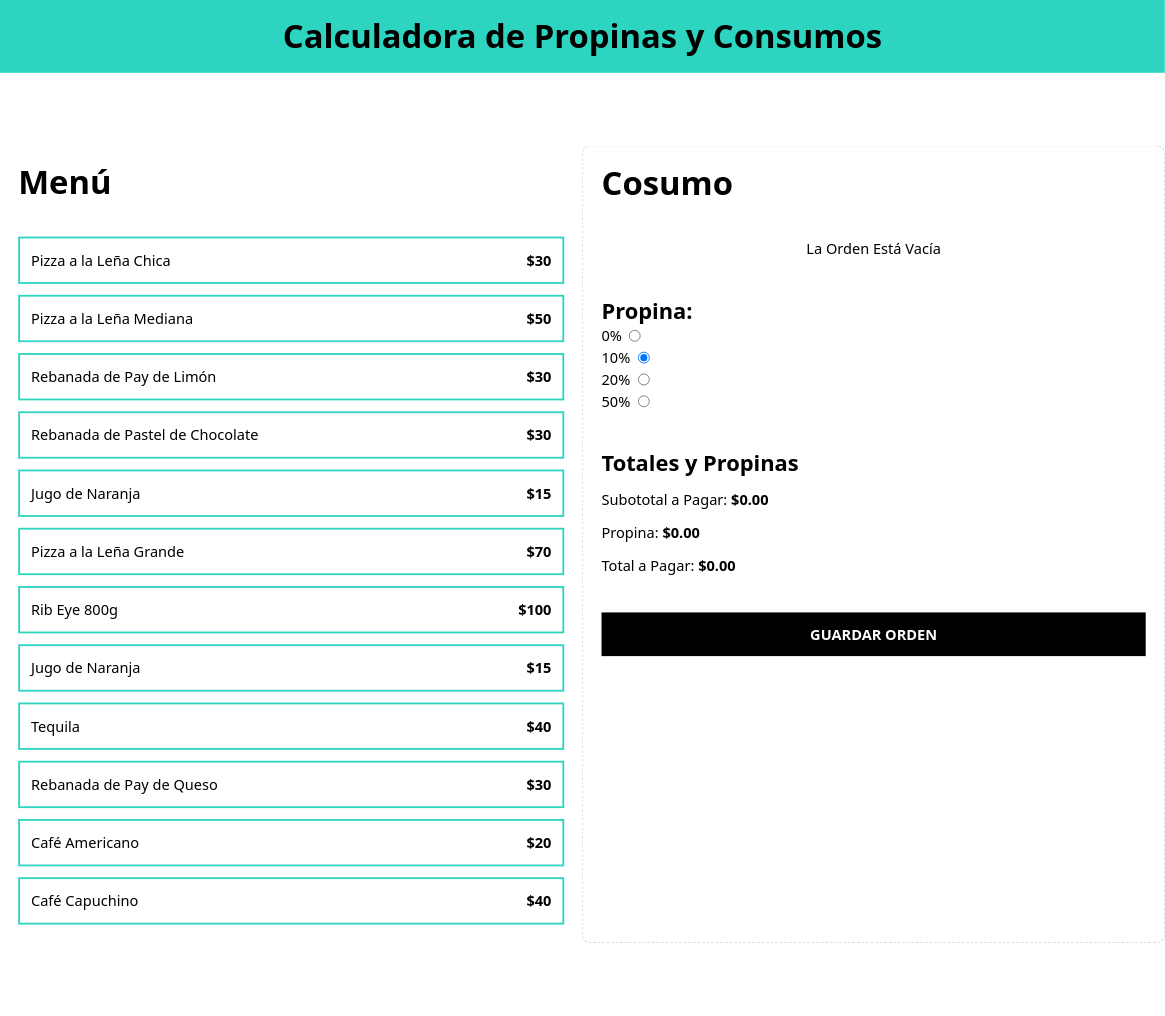
Repository: Matiiu/tip-calculator
Page: /
The author's editor kept a copy of each file at every save. The page is drawn from the files as they stood at one save, then again after the next save.
The browser window is 1280 px wide. The pictures show the whole page, at 91% of full size.
The project was rebuilt for these pictures with package versions that can differ from the ones it lists, and the page was loaded fresh each time. Also part of the build but not shown: vite.config.ts. Imported but missing from the stored project, and not drawn on this page: .history/src/helpers/index_20240329155241.

Above is the page before, as saved 2024-03-30 14:43:50.

### src/App.tsx
import Header from "./components/Header";
import { menuItems } from "./api/db";
import MenuItem from "./components/MenuItem";
import useOrder from "./hooks/useOrder";
import OrderContents from "./components/OrderContents";
import OrderTotal from "./components/OrderTotal";
import TipPorcentageForm from "./components/TipPorcentageForm";

export default function App() {
  const {
    order,
    tip,
    setTip,
    addItem,
    removeItem,
    subtotal,
    tipAmount,
    total,
  } = useOrder();

  return (
    <>
      <Header />

      <main className="max-w-7xl mx-auto py-20 grid md:grid-cols-2">
        <div className="p-5">
          <h2 className="text-4xl font-black">Menú</h2>

          <section className="space-y-3 mt-10">
            {menuItems.map((item) => (
              <MenuItem key={item.id} item={item} addItem={addItem} />
            ))}
          </section>
        </div>

        <div className=" border border-dashed border-slate-300 p-5 rounded-lg space-y-10">
          <OrderContents order={order} removeItem={removeItem} />
          <TipPorcentageForm tip={tip} setTip={setTip} />
          <OrderTotal subtotal={subtotal} tipAmount={tipAmount} total={total} />
        </div>
      </main>
    </>
  );
}

### src/components/Header.tsx
export default function Header() {
  return (
    <header className="bg-teal-400 py-5">
        <h1 className="text-center text-4xl font-black">Calculadora de Propinas y Consumos</h1>
    </header>
  )
}

### src/api/db.ts
import type { MenuItem } from '../types';

export const menuItems: MenuItem[] = [
  {
    id: 1,
    name: "Pizza a la Leña Chica",
    price: 30,
  },
  {
    id: 2,
    name: "Pizza a la Leña Mediana",
    price: 50,
  },
  {
    id: 3,
    name: "Rebanada de Pay de Limón",
    price: 30,
  },
  {
    id: 4,
    name: "Rebanada de Pastel de Chocolate",
    price: 30,
  },
  {
    id: 5,
    name: "Jugo de Naranja",
    price: 15,
  },
  {
    id: 6,
    name: "Pizza a la Leña Grande",
    price: 70,
  },
  {
    id: 7,
    name: "Rib Eye 800g",
    price: 100,
  },
  {
    id: 8,
    name: "Jugo de Naranja",
    price: 15,
  },
  {
    id: 9,
    name: "Tequila",
    price: 40,
  },
  {
    id: 10,
    name: "Rebanada de Pay de Queso",
    price: 30,
  },
  {
    id: 11,
    name: "Café Americano",
    price: 20,
  },
  {
    id: 12,
    name: "Café Capuchino",
    price: 40,
  },
];

### src/components/MenuItem.tsx
import type { MenuItem } from "../types";

type MenuItemProps = {
  item: MenuItem;
  addItem: (item: MenuItem) => void;
};

export default function MenuItem({ item, addItem }: MenuItemProps) {
  return (
    <button
        className="border-2 border-teal-400 hover:bg-teal-200 w-full p-3 flex justify-between"
        onClick={() => addItem(item)}
    >
      <p>{item.name}</p>
      <p className="font-black">${item.price}</p>
    </button>
  );
}

### src/hooks/useOrder.ts
import { useMemo, useState } from "react";
import type { MenuItem, OrderItem } from "../types";

export default function useOrder() {
  const [order, setOrder] = useState<OrderItem[]>([]);
  const [tip, setTip] = useState(0.1);

  function addItem(item: MenuItem) {
    // Buscar la posición del objeto (si es que existe)
    const idFound = order.findIndex(({ id }) => id === item.id);
    if (idFound >= 0) {
      const updateOrder = [...order];
      updateOrder[idFound].quantity++;
      setOrder(updateOrder);
      return;
    }
    setOrder([...order, { ...item, quantity: 1 }]);
  }

  function removeItem(id: MenuItem["id"]) {
    setOrder(order.filter((item) => item.id !== id));
  }

  const subtotal = useMemo(
    () =>
      order.reduce(
        (total, current) => total + current.price * current.quantity,
        0
      ),
    [order]
  );
  const tipAmount = useMemo(() => subtotal * tip, [subtotal, tip]);
  const total = useMemo(() => subtotal + tipAmount, [subtotal, tipAmount]);

  return {
    order,
    tip,
    setTip,
    addItem,
    removeItem,
    subtotal,
    tipAmount,
    total,
  };
}

### src/components/OrderContents.tsx
import { MenuItem, OrderItem } from "../types";
import { formatCurrency } from "../../.history/src/helpers/index_20240329155241";

type OrderContentsProps = {
  order: OrderItem[];
  removeItem: (id: MenuItem["id"]) => void;
};

export default function OrderContents({
  order,
  removeItem,
}: OrderContentsProps) {
  return (
    <div>
      <h2 className="font-black text-4xl">Cosumo</h2>

      <section className="space-y-3 mt-10">
        {!order.length ? (
          <p className="text-center">La Orden Está Vacía</p>
        ) : (
          order.map((item) => (
            <div
              className="flex justify-between items-center border-t border-gray-200 py-5 last-of-type:border-b"
              key={item.id}
            >
              <div>
                <p className="text-lg">
                  {item.name} - {item.price}
                </p>
                <p className="font-black">
                  Cantidad: {item.quantity} -{" "}
                  {formatCurrency(item.price * item.quantity)}
                </p>
              </div>

              <button
                className="bg-red-600 h-8 w-8 rounded-full text-white font-black"
                onClick={() => removeItem(item.id)}
              >
                X
              </button>
            </div>
          ))
        )}
      </section>
    </div>
  );
}

### src/components/OrderTotal.tsx
import { formatCurrency } from "../helpers";

type OrderTotalProps = {
  subtotal: number;
  tipAmount: number;
  total: number;
};

export default function OrderTotal({
  subtotal,
  tipAmount,
  total,
}: OrderTotalProps) {
  return (
    <>
      <div className="space-y-3">
        <h2 className="font-black text-2xl">Totales y Propinas</h2>
        <p>
          Subototal a Pagar: <b>{formatCurrency(subtotal)}</b>
        </p>

        <p>
          Propina: <b>{formatCurrency(tipAmount)}</b>
        </p>

        <p>
          Total a Pagar: <b>{formatCurrency(total)}</b>
        </p>
      </div>

      <button
        className="w-full bg-black p-3 uppercase text-white font-bold  mt-10 disabled:opacituy-10"
        disabled={total === 0}
      >Guardar Orden</button>
    </>
  );
}

### src/components/TipPorcentageForm.tsx
const tipOptions = [
  {
    id: "tip-0",
    value: 0,
    label: "0%",
  },
  {
    id: "tip-10",
    value: 0.1,
    label: "10%",
  },
  {
    id: "tip-20",
    value: 0.2,
    label: "20%",
  },
  {
    id: "tip-50",
    value: 0.5,
    label: "50%",
  },
];

type TipPorcentageFormProps = {
  tip: number;
  setTip: React.Dispatch<React.SetStateAction<number>>;
};

export default function TipPorcentageForm({
  tip,
  setTip,
}: TipPorcentageFormProps) {
  return (
    <div>
      <h3 className="font-black text-2xl">Propina:</h3>

      <form>
        {tipOptions.map((option) => (
          <div key={option.id} className="flex gap-2">
            <label htmlFor={option.id}>{option.label}</label>
            <input
              onChange={() => setTip(option.value)}
              id={option.id}
              type="radio"
              name="tip"
              value={option.value}
              checked={option.value === tip}
            />
          </div>
        ))}
      </form>
    </div>
  );
}

### src/helpers/index.ts
export function formatCurrency(quantity: number) {
    return new Intl.NumberFormat('en-US', {
        style: 'currency', currency: 'USD'
    }).format(quantity);
}

Loaded but not shown: index.html (common file); src/main.tsx (common file); src/index.css (common file); tailwind.config.js (common file)

After the next save:
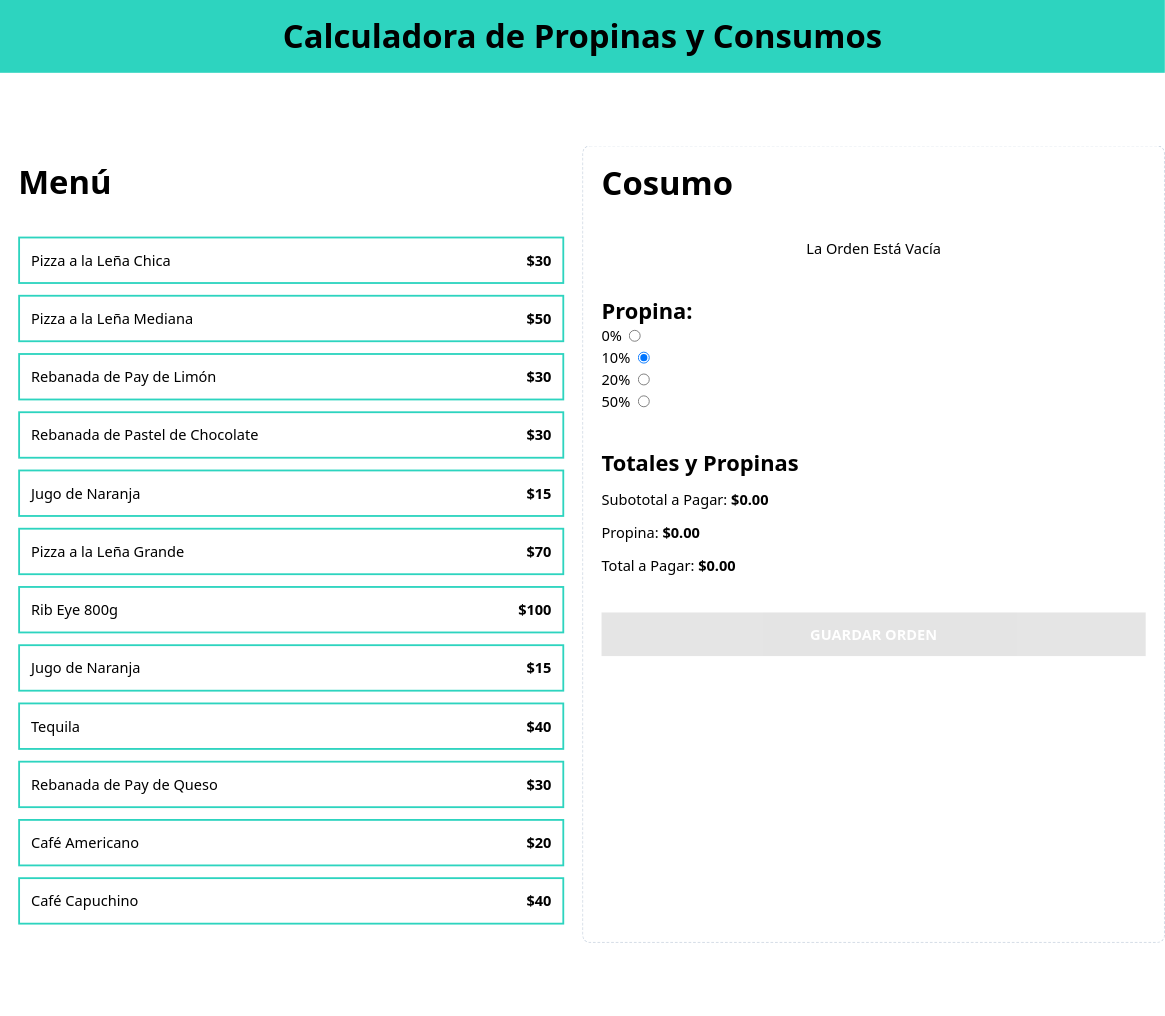
Saved 18 s later.
--- a/src/components/OrderTotal.tsx
+++ b/src/components/OrderTotal.tsx
@@ -29,7 +29,7 @@ export default function OrderTotal({
       </div>
 
       <button
-        className="w-full bg-black p-3 uppercase text-white font-bold  mt-10 disabled:opacituy-10"
+        className="w-full bg-black p-3 uppercase text-white font-bold  mt-10 disabled:opacity-10"
         disabled={total === 0}
       >Guardar Orden</button>
     </>
